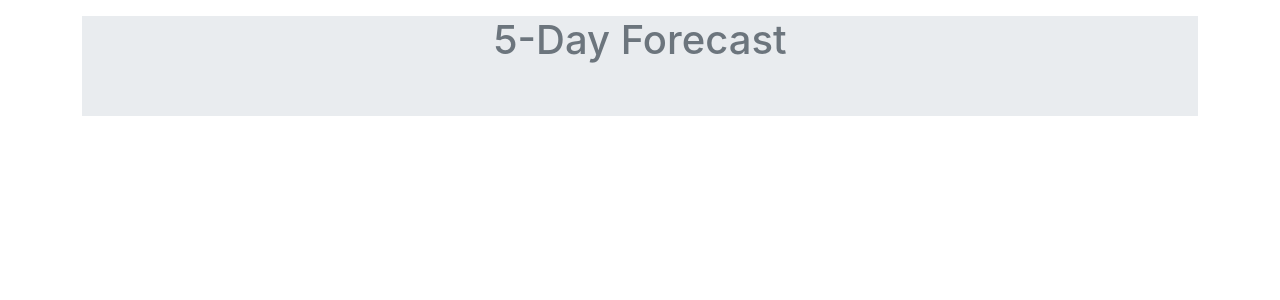
Repository: eidankhan/expenses-calculator
Page: /
The author's editor kept a copy of each file at every save. The page is drawn from the files as they stood at one save, then again after the next save.
The browser window is 1280 px wide. The pictures show the whole page.
The project was rebuilt for these pictures with package versions that can differ from the ones it lists, and the page was loaded fresh each time. Also part of the build but not shown: src/App.css.

Above is the page before, as saved 2021-11-26 11:27:04.

### public/index.html
<!DOCTYPE html>
<html lang="en">
  <head>
    <meta charset="utf-8" />
    <link rel="icon" href="%PUBLIC_URL%/favicon.ico" />
    <meta name="viewport" content="width=device-width, initial-scale=1" />
    <meta name="theme-color" content="#000000" />
    <meta
      name="description"
      content="Web site created using create-react-app"
    />
    <link rel="apple-touch-icon" href="%PUBLIC_URL%/logo192.png" />
    <link rel="manifest" href="%PUBLIC_URL%/manifest.json" />
    <!-- CSS only -->
    <link
      href="https://cdn.jsdelivr.net/npm/bootstrap@5.1.3/dist/css/bootstrap.min.css"
      rel="stylesheet"
      integrity="sha384-1BmE4kWBq78iYhFldvKuhfTAU6auU8tT94WrHftjDbrCEXSU1oBoqyl2QvZ6jIW3"
      crossorigin="anonymous"
    />
    <title>Weather Forecast App</title>
  </head>
  <body>
    <noscript>You need to enable JavaScript to run this app.</noscript>
    <div id="root"></div>
    <!-- JavaScript Bundle with Popper -->
    <script
      src="https://cdn.jsdelivr.net/npm/bootstrap@5.1.3/dist/js/bootstrap.bundle.min.js"
      integrity="sha384-ka7Sk0Gln4gmtz2MlQnikT1wXgYsOg+OMhuP+IlRH9sENBO0LRn5q+8nbTov4+1p"
      crossorigin="anonymous"
    ></script>
  </body>
</html>

### src/App.js

import './App.css';
import { Forecast } from './components/Forecast';

function App() {
  return (
    <div className="container">
      <Forecast/>
    </div>
  );
}

export default App;

### src/components/Forecast.js
import React from 'react'

export const Forecast = () => {
    return (
        <div className="container text-center my-1" style={{backgroundColor:"#E9ECEF", height:"100px"}}>
            <h1 className="text-muted my-3"> 5-Day Forecast </h1>
        </div>
    )
}

Loaded but not shown: src/index.js (common file); src/index.css (common file)

After the next save:
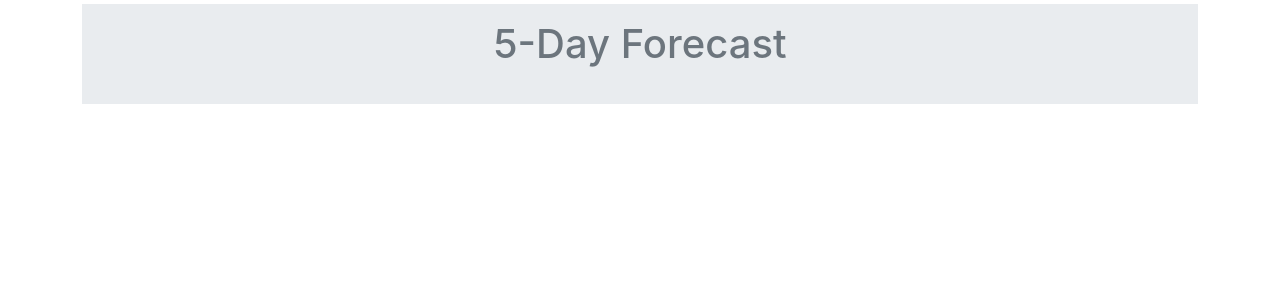
Saved 11 s later.
--- a/src/components/Forecast.js
+++ b/src/components/Forecast.js
@@ -3,7 +3,7 @@ import React from 'react'
 export const Forecast = () => {
     return (
         <div className="container text-center my-1" style={{backgroundColor:"#E9ECEF", height:"100px"}}>
-            <h1 className="text-muted my-3"> 5-Day Forecast </h1>
+            <h1 className="text-muted py-3"> 5-Day Forecast </h1>
         </div>
     )
 }
